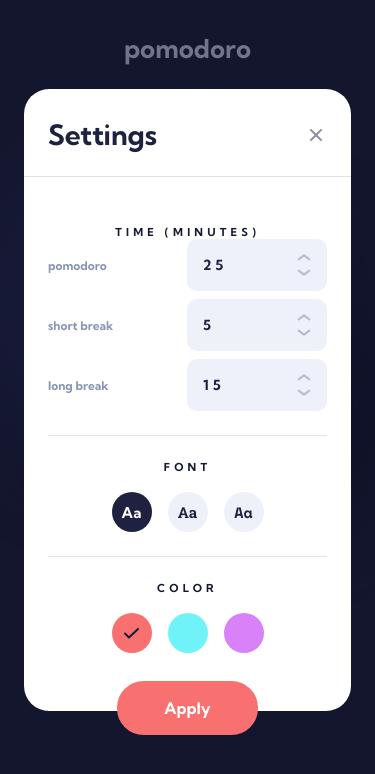
Repository: blordeus/pomodoro-app
Page: /, after clicking the first element matching `button.settings-trigger`
The author's editor kept a copy of each file at every save. The page is drawn from the files as they stood at one save, then again after the next save.
The browser window is 375 px wide. The pictures show the whole page.
The project was rebuilt for these pictures with package versions that can differ from the ones it lists, and the page was loaded fresh each time.

Above is the page before, as saved 2026-05-09 18:34:15.

After the next save:
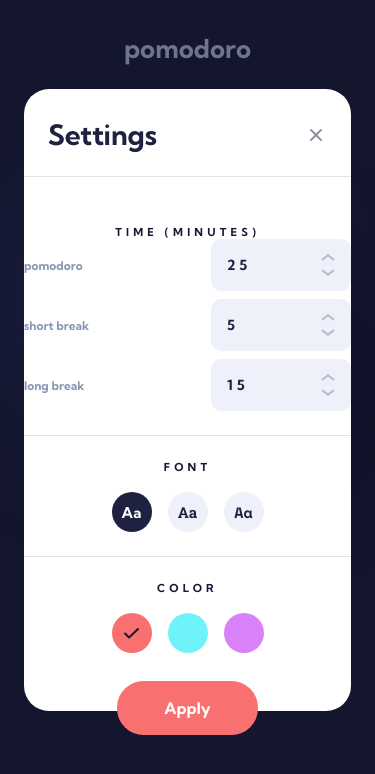
Saved 56 s later.
--- a/src/index.css
+++ b/src/index.css
@@ -481,7 +481,7 @@
   }
 
   .modal__body {
-    padding: 24px 24px;
+    padding: 24px 0px 24px;
   }
 
   .modal__section--row {

After the save that followed:
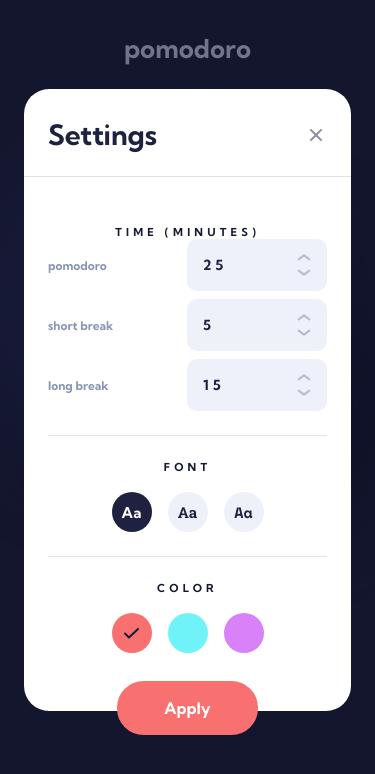
Saved 7 s later.
--- a/src/index.css
+++ b/src/index.css
@@ -481,7 +481,7 @@
   }
 
   .modal__body {
-    padding: 24px 0px 24px;
+    padding: 24px 24px;
   }
 
   .modal__section--row {
